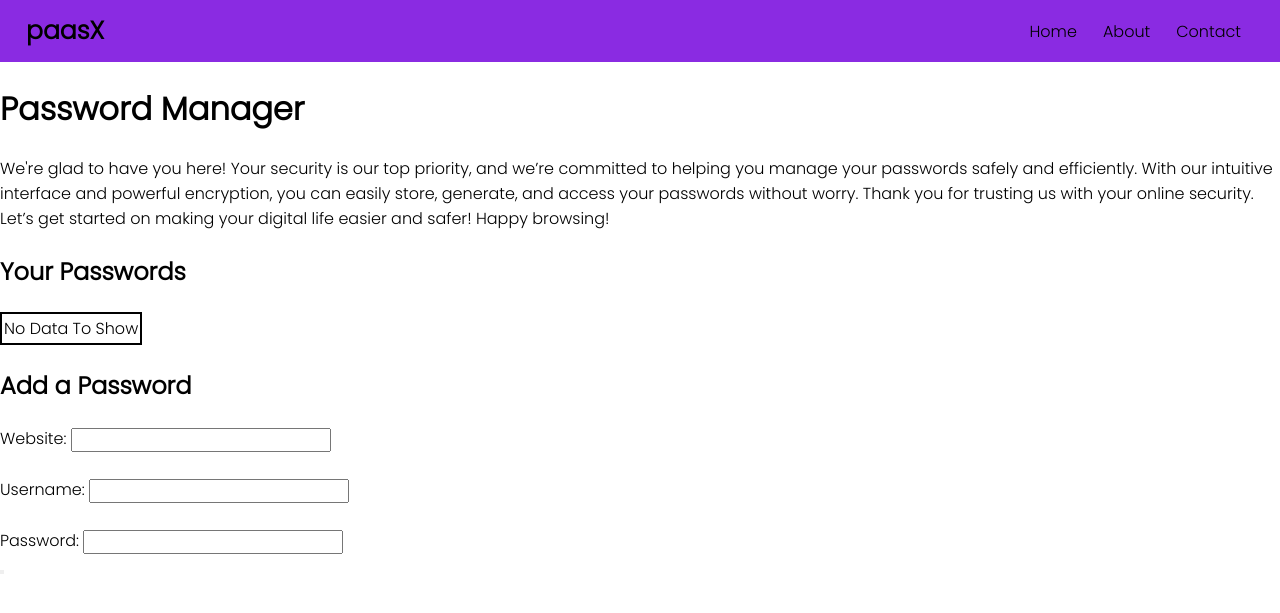
Repository: Abhi2807ar/PASSWORD-MANAGER
Page: index.html
An editor plug-in stored every save of this project. The page is shown before and after the next save, followed by the edit.
The browser window is 1280 px wide. The pictures show the whole page.

Above is the page before, as saved 2024-10-14 18:26:16.
Console error: TypeError: Document.querySelector is not a function

### index.html
<!DOCTYPE html>
<html lang="en">
<head>
    <meta charset="UTF-8">
    <meta name="viewport" content="width=device-width, initial-scale=1.0">
    <title>Documentx</title>
  <link rel="stylesheet" href="style.css">

</head>

<body>
    <nav>
        <div class="logo">paasX</div>
        <ul>
            <li>Home</li>
            <li>About</li>
            <li>Contact</li>

        </ul>

    </nav>
    <div class="'container">
        <h1>Password Manager</h1>
        <p> We're glad to have you here! Your security is our top priority,
             and we’re committed to helping you manage your passwords safely and efficiently.
              With our intuitive interface and powerful encryption, you can easily store, generate, and access your passwords without worry.
Thank you for trusting us with your online security. Let’s get started on making your digital life easier and safer!
Happy browsing!
        </p>
        <h2>Your Passwords</h2>
        <p class="alert">Your Password has been copied</p>
        <table>
            <tr>
              <th>website</th>
              <th>username</th>
              <th>Password</th>
              <th>Delete</th>
            </tr>

          </table>
        <h2>Add a Password</h2>
        <form action="/submit" method="post">
 <!-- Text input for website -->
            <label for="website">Website:</label>
            <input type="text" id="website" name="website" required>
            <br><br>
            <!-- Text input for username -->
            <label for="username">Username:</label>
            <input type="text" id="username" name="username" required>
            <br><br>

            <!-- Password input -->
            <label for="password">Password:</label>
            <input type="password" id="password" name="password" required>
            <br>

            <!-- Submit button -->
           <button class="'btn" type="submit"></button>
                </form>
    </div>
    <script src="index.js"></script>

</body>
</html>

### style.css

@import url('https://fonts.googleapis.com/css2?family=Poppins:wght@200;300&display=swap');
*{
    margin:0;
    padding:0;
    font-family: "Poppins", sans-serif;;
 }
 nav{ background-color: blueviolet;
    padding:12px 3px;
    display:flex;
    justify-content:space-between;
 }
 .logo{
    margin:0 23px;
    font-weight: 800;
    font-size:25px;
 }
 ul{
    display:flex;
    margin: 0 23px;
    align-items: center;

 }
 ul > li{
    list-style:none;
     margin:0 13px;
     cursor:pointer;
 }
 ul > li:hover{
    color:white;
 }
 table {
    border:2px solid black

}
.container{
    max-width: 80vw;
    margin: 23px auto;
}
h1,h2,h3{
    margin:23px 0;
}
.btn{
    padding:8px 17px;
    background:black;
    color:white;
    font-weight: 900;
    border:2px solid grey;
    border-radius:8px;
    margin:25px 0;
    cursor:pointer;
}
.btnsm{
    background:black;
    color:white;
    font-weight: 900;
    border:2px solid grey;
    border-radius:8px;
    margin:25px 0;
    cursor:pointer;

}
img{
    cursor:pointer;
    position: relative;
    bottom: 7px;
    width:15px;
    height: 13px;
}
.alert{
    display:none;
}

### index.js
//logic to fill the table









const deletePassword=(website)=>{
    let data=localStorage.getItem("passwords")
    let arr=JSON.parse(data);
    arrUpdated=arr.filter((e)=>{
        return e.website !=website
    })
    localStorage.setItem("passwords",JSON.stringify( arrUpdated))
}
const showPasswords=()=>{
let tb=document.querySelector("table")
let data=localStorage.getItem("passwords")
if(data==null){
    tb.innerHTML="No Data To Show"
}

else {
  tb.innerHTML=`<tr>
              <th>website</th>
              <th>username</th>
              <th>Password</th>
              <th>Delete</th>
            </tr>`

    let arr=JSON.parse(data);
    let str=""
    for(let index=0; index<arr.length;index++){
        const element=arr[index];


         str+=`<tr>

<td>${element.website} <img  onClick ="copyText(${element.website})" src="data:[embedded picture, 385 characters]" alt="Copy Button" />
</td>
<td>${element.username}<img onClick ="copyText(${element.website})" src="data:[embedded picture, 385 characters]" alt="Copy Button" /></td>
<td>${element.password}<img onClick ="copyText(${element.website})" src="data:[embedded picture, 385 characters]" alt="Copy Button" /></td>
<td><button class="btnsm" onClick="deletePassword(${element.website})">Delete</button></td>
</tr>`
}
tb.innerHTML=tb.innerHTML +str
}
website.value=""
username.value=""
password.value=""
}
console.log("Working");
showPasswords()
Document.querySelector("btn").addEventListener("click",(e)=>{
    e.preventDefault()
    console.log("Clicked....")
    console.log(username.value,password.value)
    let passwords=localStorage.getItem("passwords")
    console.log(passwords)
    if(passwords==null){
        let json=[]
    json.push({website:website.value,username:username.value,password:password.value})
    alert("Password Saved");
    localStorage.setItem("passwords",JSON.stringify(json))
}
else{
    let json=JSON.parse(localStorage.getItem("passwords"))
    json.push({website:website.value,username:username.value,password:password.value})
    alert("Password Saved");
    localStorage.setItem("passwords",JSON.stringify(json))
}
showPasswords()
})

After the next save:
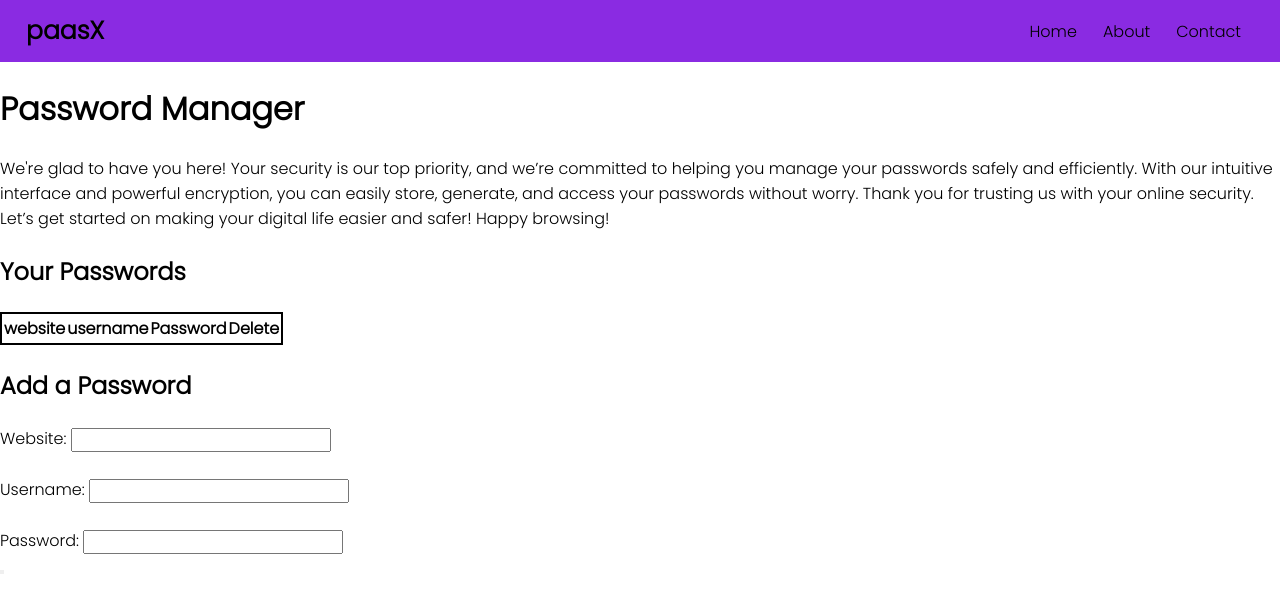
Console error: SyntaxError: Unexpected token 'const'
Saved 4 s later.
--- a/index.js
+++ b/index.js
@@ -1,5 +1,6 @@
 //logic to fill the table
 
+function
 
 
 

After the 2 saves that followed:
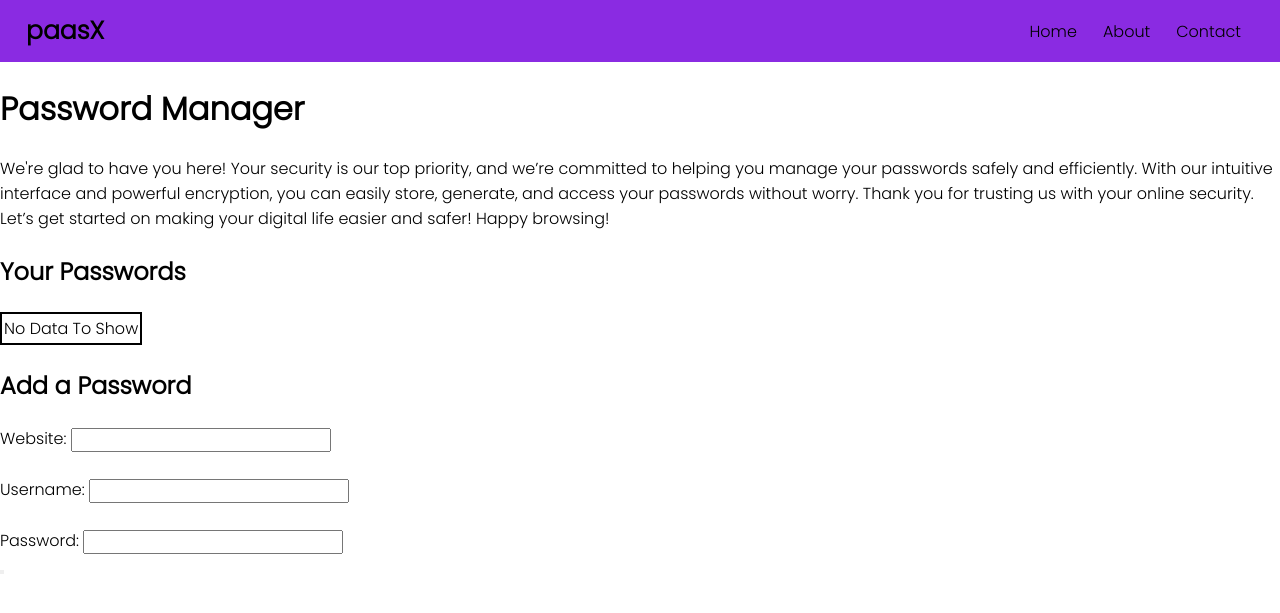
Console error: TypeError: Document.querySelector is not a function
The 2 saves are shown as one change because 1 left the picture as it was.
The last was saved 12 s later.
--- a/index.js
+++ b/index.js
@@ -1,6 +1,8 @@
 //logic to fill the table
 
-function
+function copyText(txt){
+    navigator
+}
 
 
 
